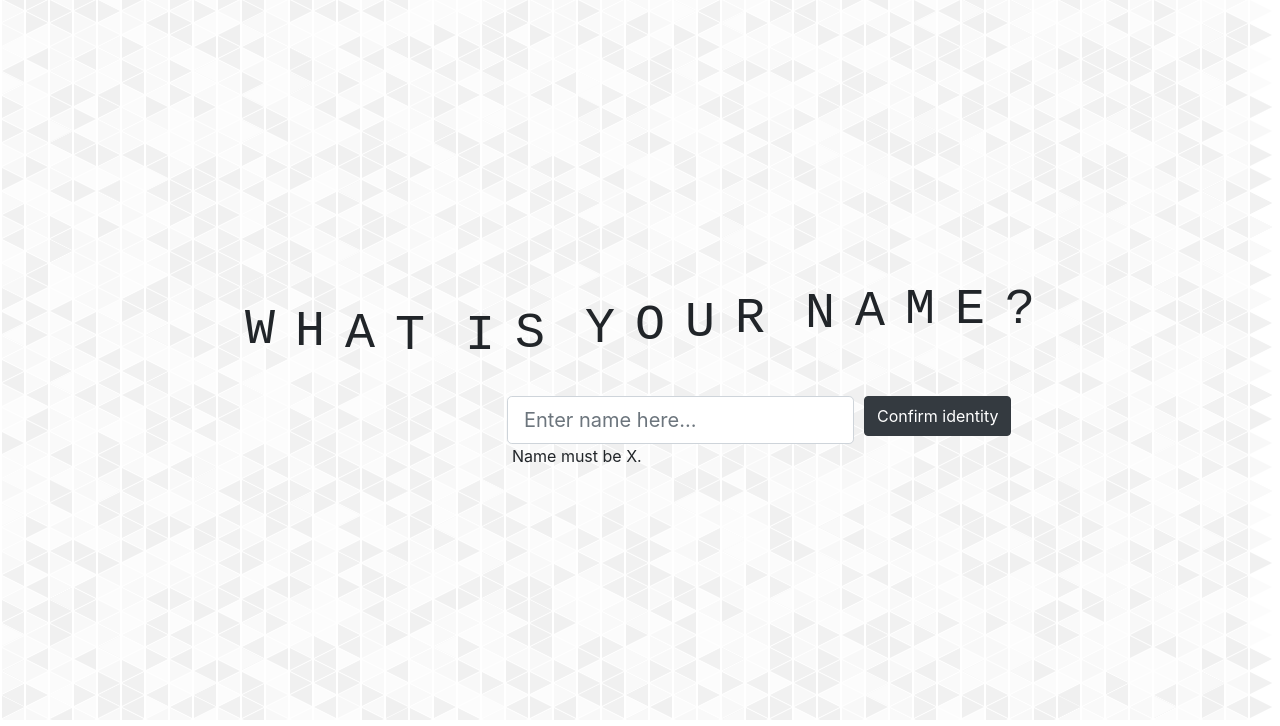
Repository: Aaquib111/Aaquib111.github.io
Page: index.html
These files come from the project's save history. The page is drawn as it stood at one moment and after the next save; the edit follows.
The browser window is 1280 px wide. The pictures show the whole page.

Above is the page before, as saved 2021-05-13 19:26:10.

### index.html
<!DOCTYPE html>
<html>
    <head>
        <meta charset="utf-8">
        <title></title>
        <link rel="stylesheet" type="text/css" href="css\background.css">
        <link rel="stylesheet" href="https://maxcdn.bootstrapcdn.com/bootstrap/4.0.0/css/bootstrap.min.css" integrity="sha384-Gn5384xqQ1aoWXA+058RXPxPg6fy4IWvTNh0E263XmFcJlSAwiGgFAW/dAiS6JXm" crossorigin="anonymous">
        <script>

        function validateForm() {
            var x = document.forms["nameEntry"]["firstname"].value;
            var err = document.getElementsByClassName("invalid-feedback");
            if (x.toLowerCase() != "X") {
            err.style.setProperty('display', 'contents');
            return false;
            }
        }
        </script>
    </head>
    <body>

        <canvas id="canvas" width=""></canvas>
            <div id="inputs">
                Text <input type="text" placeholder="What is your name?" value="What is your name?" id="texty"><br>
                Speed <input type="number" id="omegset" step="0.1" value="1.8"><br>
                Amplitude <input type="number" id="ampset" step='1' value='20'><br>
                Font size <input type="number" id="fonts" step='1' value='50'><br>
                Waves <input type="number" id="waves" step='0.1' value='4' min='0' max='8'><br>
            </div>
        <div id="contain">
            <div id="wrap"></div>
            <div id="name">
                <form method="post" name="nameEntry">
                    <div class="form-row" style="flex-wrap: nowrap;">
                        <input class="form-control form-control-lg" type="password" id="firstname" placeholder="Enter name here..." pattern="x">
                        <button type="submit" class="btn btn-dark mb-2" style="margin-left: 10px;">Confirm identity</button>
                    </div>
                        <div id="invalid-feedback">
                            Name must be X.
                        </div>
                </form>
            </div>
        </div>
       <script src="js\background.js"></script>
       <script src="js\validate.js"></script>
    </body>
</html>

### css/background.css
* {
  margin: 0;
  padding: 0;
}

html, body {
  height: 100%;
  width: 100%;
}

canvas{
  height: 100%;
  width: 100%;
}


#wrap{
  z-index: 1;
  position: absolute;
  left: 0;
  top: 0;
  height: 100vh;
  width: 100vw;
  display: flex;
  align-items: flex-end;
  justify-content: center;
  flex-wrap: wrap;
  max-height: 50vh;
}

#contain{
  display: flex;
  flex-direction: column;
}
#name{
  align-self:center;
  z-index: 2;
  position: absolute;
  left: 40vw;
  top: 55vh;
  align-items: flex-start;
}
#firstname:invalid + #invalid-feedback{
  display: contents;
}
.hoovy{
  font-size: 50px;
  font-family: 'VT323',Monospace,sans-serif;
  margin-left: 10px;
  margin-right: 10px;
  -moz-user-select: none;
  -webkit-user-select: none;
  -ms-user-select: none;
}
input{
  background-color: rgba(255,255,255,0.3);
  border: none;
  margin-top: 2px;
  margin-bottom: 2px;
}
#inputs{
  text-align: right;
  color: white;
  font-family: 'VT323';
  padding: 5px 10px;
  border-radius: 5px;
  background-color: rgba(0,0,0,0.2);
  z-index: 2;
  position: absolute;
  box-shadow: #000 2px 3px 10px -2px;
  top: 10px;
  right: 10px;
  -moz-user-select: none;
  -webkit-user-select: none;
  -ms-user-select: none;
  visibility: hidden;
}

### js/background.js
var livePatern = {
    canvas: null,
    context: null,
    cols: 0,
    rows: 0,
    colors: [252, 251, 249, 248, 241, 240],
    triangleColors: [],
    destColors: [],

    init: function(){
      this.canvas = document.getElementById('canvas');
      this.context = this.canvas.getContext('2d');
      this.cols = Math.floor(document.body.clientWidth / 24);
      this.rows = Math.floor(document.body.clientHeight / 24) + 1;

      this.canvas.width = document.body.clientWidth;
      this.canvas.height = document.body.clientHeight;

      this.drawBackground();
      this.animate();
    },

    drawTriangle: function(x, y, color, inverted){
      inverted = inverted == undefined ? false : inverted;

      this.context.beginPath();
      this.context.moveTo(x, y);
      this.context.lineTo(inverted ? x - 22 : x + 22, y + 11);
      this.context.lineTo(x, y + 22);
      this.context.fillStyle = "rgb("+color+","+color+","+color+")";
      this.context.fill();
      this.context.closePath();
    },

    getColor: function(){
      return this.colors[(Math.floor(Math.random() * 6))];
    },

    drawBackground: function(){
      var eq = null;
      var x = this.cols;
      var destY = 0;
      var color, y;

      while(x--){
        eq = x % 2;
        y = this.rows;

        while(y--){
          destY = Math.round((y-0.5) * 24);

          this.drawTriangle(x * 24 + 2, eq == 1 ? destY : y * 24, this.getColor());
          this.drawTriangle(x * 24, eq == 1 ? destY  : y * 24, this.getColor(), true);
        }
      }
    },

    animate: function(){
      var me = this;

      var x = Math.floor(Math.random() * this.cols);
      var y = Math.floor(Math.random() * this.rows);
      var eq = x % 2;

      if (eq == 1) {
        me.drawTriangle(x * 24, Math.round((y-0.5) * 24) , this.getColor(), true);
      } else {
        me.drawTriangle(x * 24 + 2, y * 24, this.getColor());
      }

      setTimeout(function(){
        me.animate.call(me);
      }, 10);
    },
  };

  !function(){livePatern.init();}()


  let waves = 4;

  function docify(str){
    document.getElementById('wrap').innerHTML = "";
    for(let i = 0; i < str.length; i++){
      let el = document.createElement('div');
      el.className = "hoovy";
      el.appendChild(  document.createTextNode(str.charAt(i))  );
      el.setAttribute('data-phi',i*Math.PI/(10 - waves));
      el.style.transform = "";
      document.getElementById('wrap').appendChild(el);
    }
    document.getElementById('wrap').appendChild(document.createElement('br'));
  }

  let omeg = 1.8,
      ampl = 13,
      wrap = document.getElementById('wrap'),
      time = 0;

  function anim(){

    if(omeg * time > 2*Math.PI){
      time = 0;
    }
    for(let k = 0; k < wrap.childNodes.length; k++){
      let elem = wrap.childNodes[k];
      let phi = elem.getAttribute('data-phi');
      elem.style.transform = 'translateY('+ampl*Math.sin(omeg*time + phi/2) + 'px)';
    }
    time += 6/100;
    requestAnimationFrame(anim);
  };

  document.getElementById('wrap').innerHTML = "";

  document.getElementById('ampset').oninput = function(){
    ampl = this.value;
  }
  document.getElementById('omegset').oninput = function(){
    omeg = this.value;
  }
  document.getElementById('fonts').oninput = function(){
    for(let i = 0; i < wrap.childNodes.length; i++){
      wrap.childNodes[i].style.fontSize = document.getElementById('fonts').value + 'px';
    }
  }
  document.getElementById('waves').oninput = function(){
    waves = this.value;
    docify(document.getElementById('texty').value);
  }
  document.getElementById('texty').oninput = function(){
    docify(this.value);
  }

  docify('WHAT IS YOUR NAME?');
  anim();

Loaded but not shown: js/validate.js (no stored copy; drawn as an empty file)

After the next save:
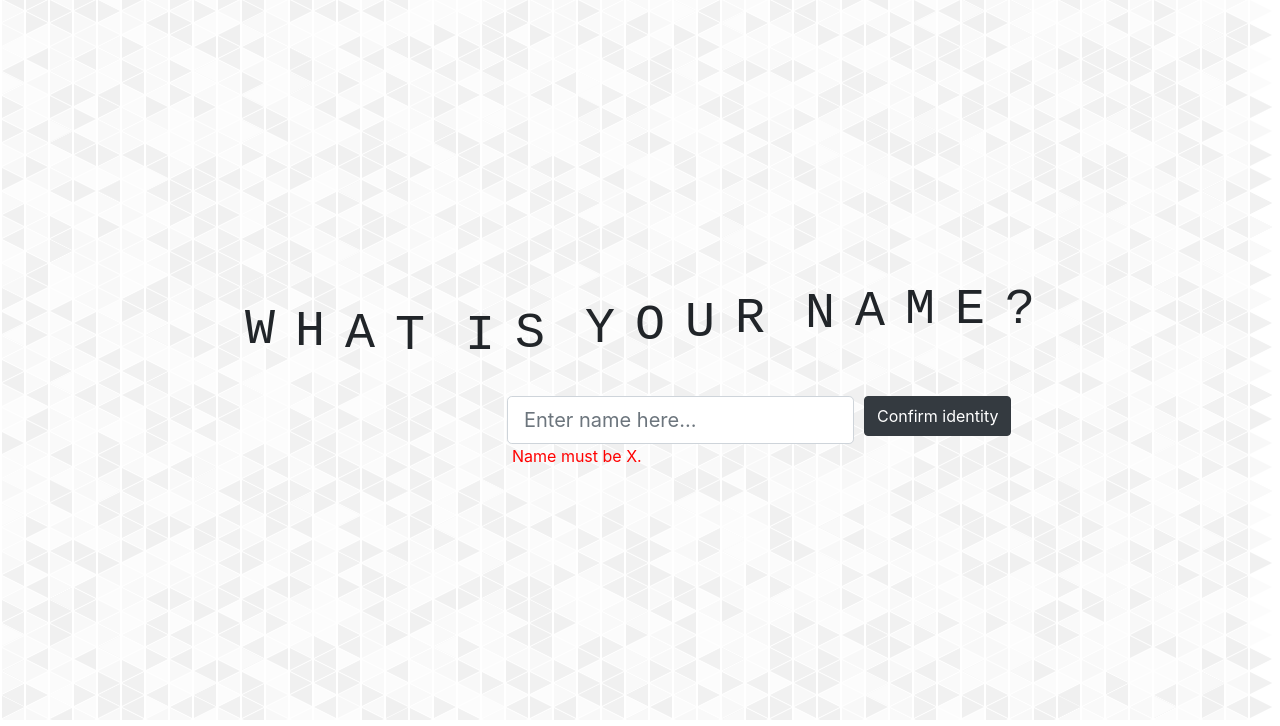
Saved 24 s later.
--- a/index.html
+++ b/index.html
@@ -35,7 +35,7 @@
                         <input class="form-control form-control-lg" type="password" id="firstname" placeholder="Enter name here..." pattern="x">
                         <button type="submit" class="btn btn-dark mb-2" style="margin-left: 10px;">Confirm identity</button>
                     </div>
-                        <div id="invalid-feedback">
+                        <div id="invalid-feedback" style="color: red;">
                             Name must be X.
                         </div>
                 </form>
